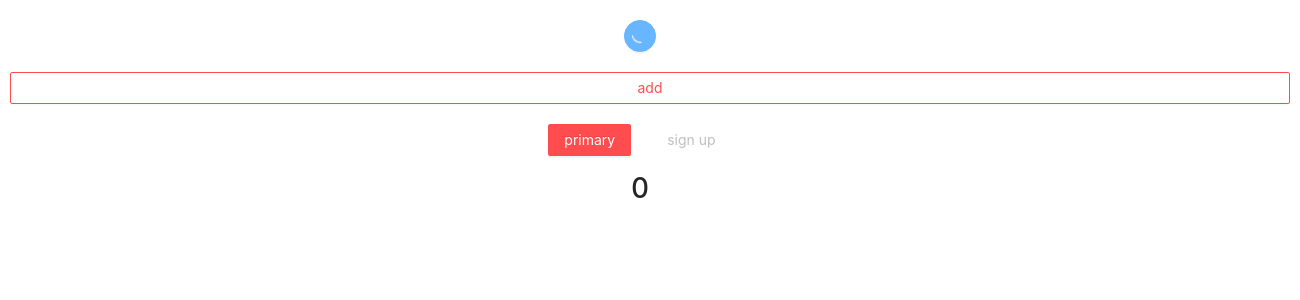
Repository: ErosHai/antd-demo
Page: /
These files come from the project's save history. The page is drawn as it stood at one moment and after the next save; the edit follows.
The browser window is 1280 px wide. The page is 1300 px wide, so the pictures cover 1300 px, including what lies to the right of the window. The pictures show the whole page.
The project was rebuilt for these pictures with package versions that can differ from the ones it lists, and the page was loaded fresh each time.

Above is the page before, as saved 2022-04-12 15:02:33.

After the next save:
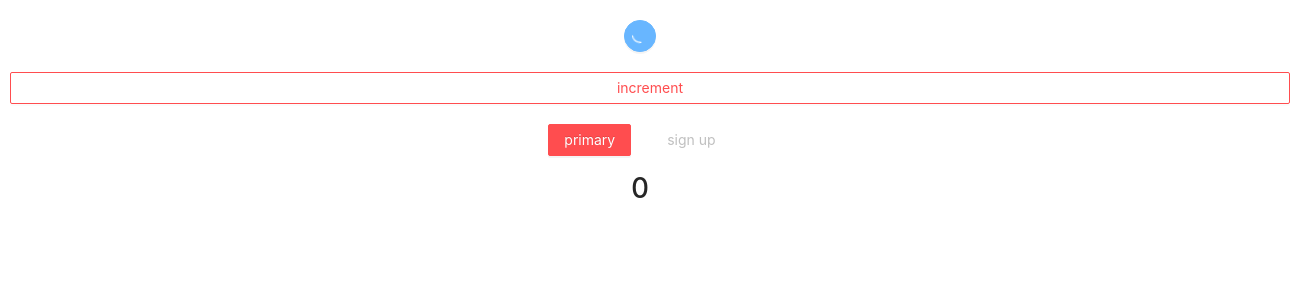
Saved 8 s later.
--- a/src/App.js
+++ b/src/App.js
@@ -25,7 +25,7 @@ function App() {
 				ghost
 				danger
 			>
-				add
+				increment
 			</Button>
 			<Button type="primary" danger>
 				primary
